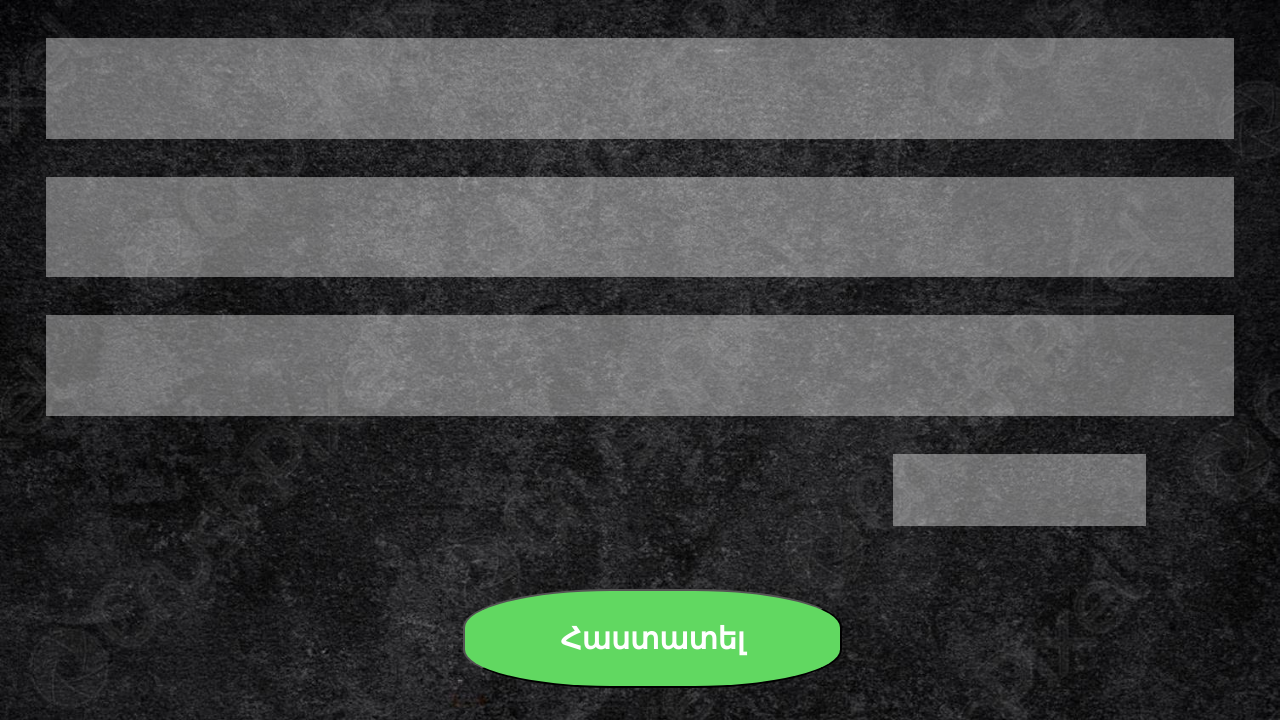
Repository: NarekTovmasyan/PizzaManue
Page: public/basket.html
The author's editor kept a copy of each file at every save. The page is drawn from the files as they stood at one save, then again after the next save.
The browser window is 1280 px wide. The pictures show the whole page.

Above is the page before, as saved 2022-01-20 13:48:32.

After the next save:
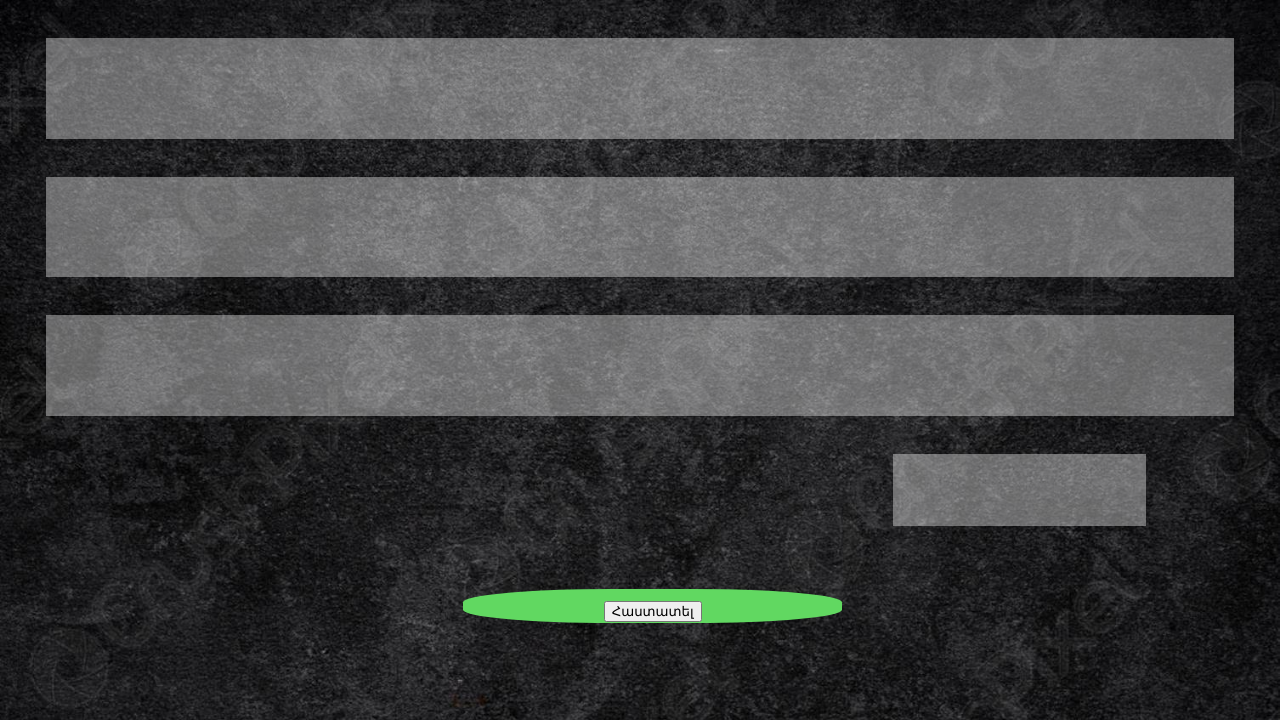
Saved 81 s later.
--- a/public/basket.css
+++ b/public/basket.css
@@ -22,14 +22,8 @@
     margin-top: 3%;
     margin-left: 70%;
 }
-/*.confirm{
-    width: 30%;
-    height: 100px;
-    margin-top: 8%;
-    margin-left:40%;
-}*/
-.button{
-    padding: 30px;
+
+.confirm{
     background-color:rgb(97, 216, 97);
     border-radius: 39%;
     width: 30%;
